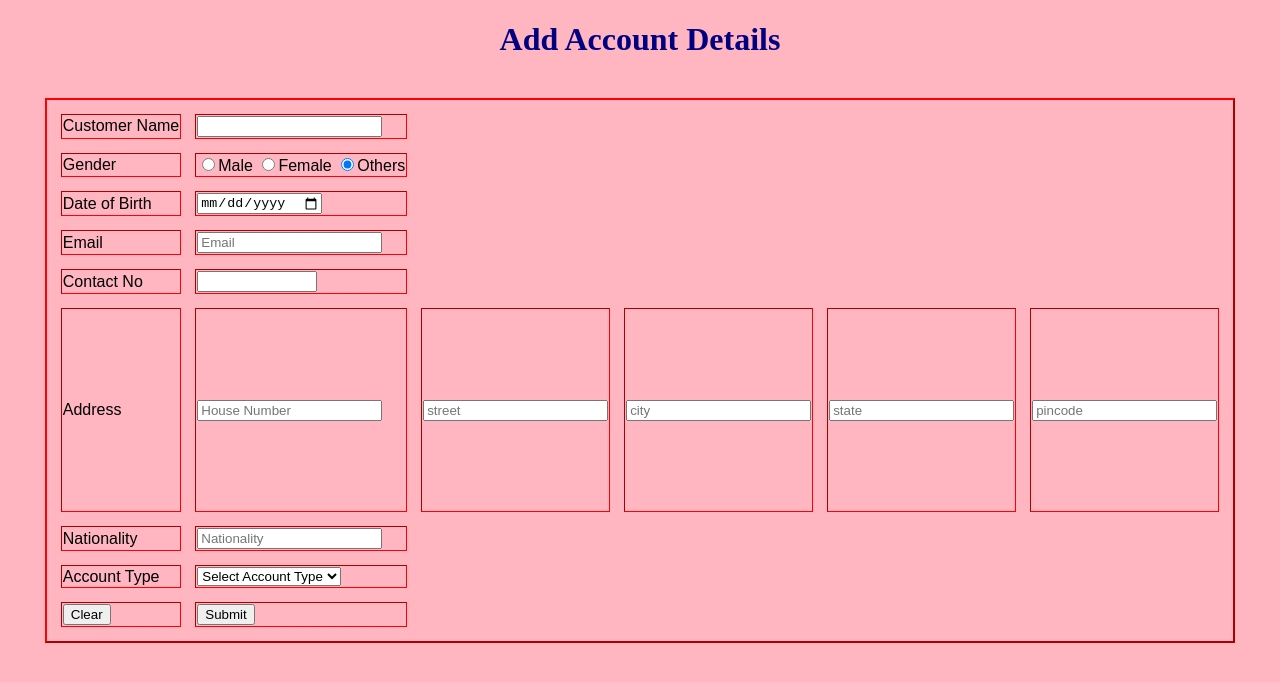
Repository: Rccalfa123/OnlineBankingApp
Page: http://localhost/AlfaAlfaBankApp/addNewAccount.jsp
An editor plug-in stored every save of this project. The page is shown before and after the next save, followed by the edit.
The browser window is 1280 px wide. The pictures show the whole page.
The page is served by Tomcat 9.

Above is the page before, as saved 2018-08-10 15:47:06.

After the next save:
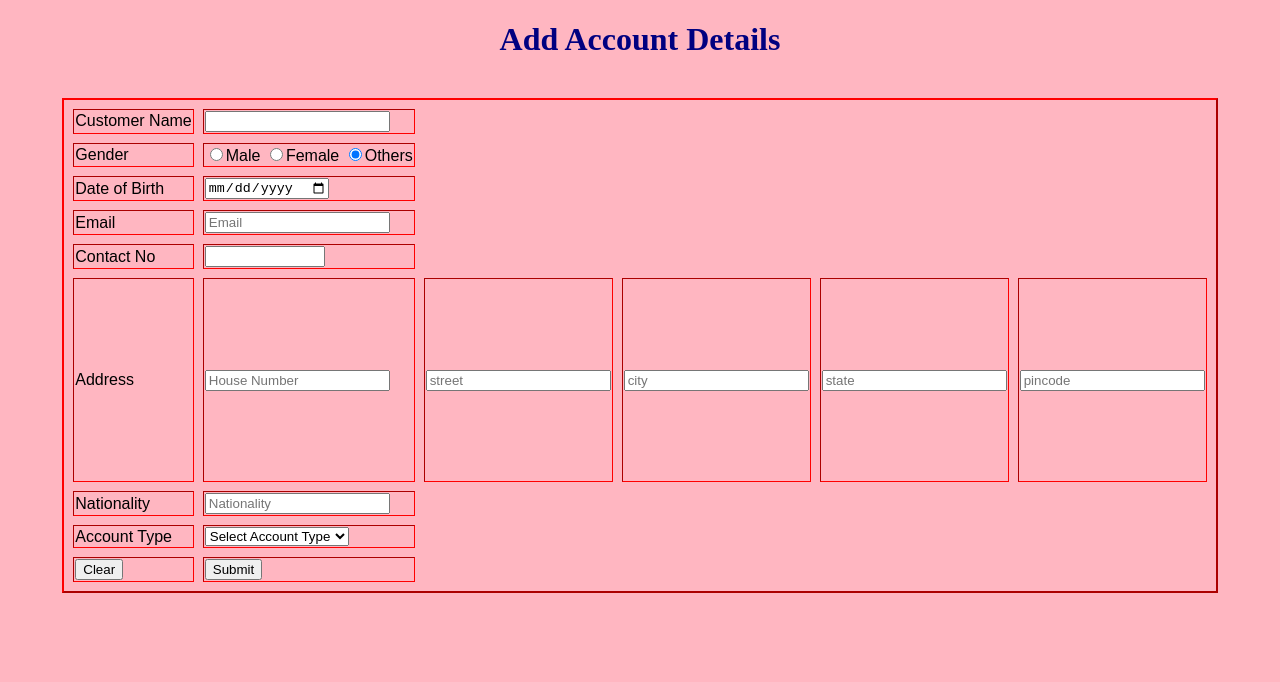
Saved 12 s later.
--- a/AlfaAlfaBankApp/WebContent/addNewAccount.jsp
+++ b/AlfaAlfaBankApp/WebContent/addNewAccount.jsp
@@ -77,7 +77,7 @@
 		<h1 align="center">Add Account Details</h1>
 		<br>
 
-		<table align="center" cellspacing="14" border="2">
+		<table align="center" cellspacing="9" border="2">
 			<tr>
 				<td>Customer Name</td>
 				<td><input type="text" name="customerName"></td>
